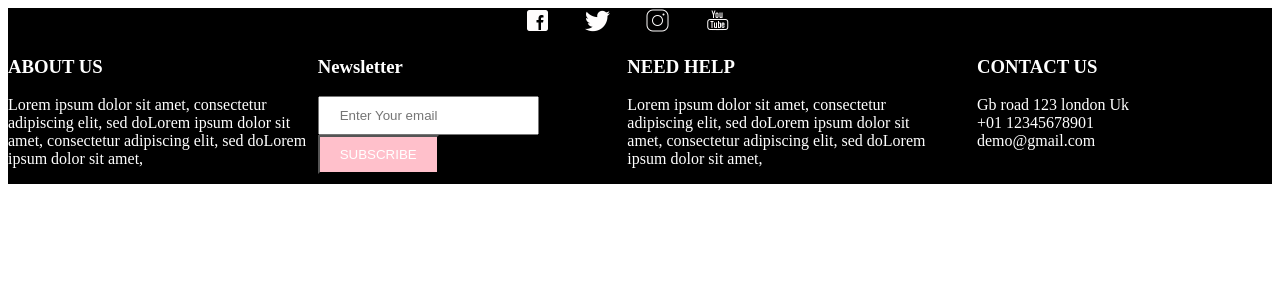
Repository: AVINKUMARP/gifts
Page: demo3.html
These files come from the project's save history. The page is drawn as it stood at one moment and after the next save; the edit follows.
The browser window is 1280 px wide. The pictures show the whole page.

Above is the page before, as saved 2023-08-24 15:37:52.

After the next save:
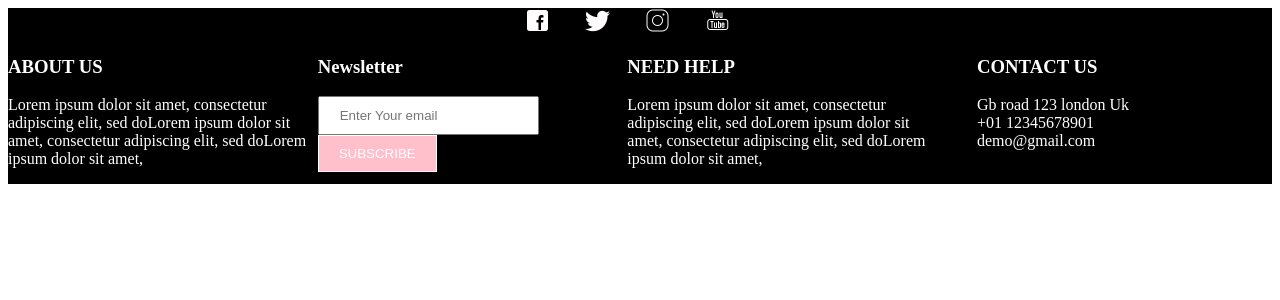
Saved 85 s later.
--- a/demo3.html
+++ b/demo3.html
@@ -38,8 +38,12 @@
             background-color:pink;
             color:white;
             padding: 10px 20px;
+            border:1px solid;
         }
         .lone p{
+            text-align: start;
+        }
+        .lthree p{
             text-align: start;
         }
     </style>
